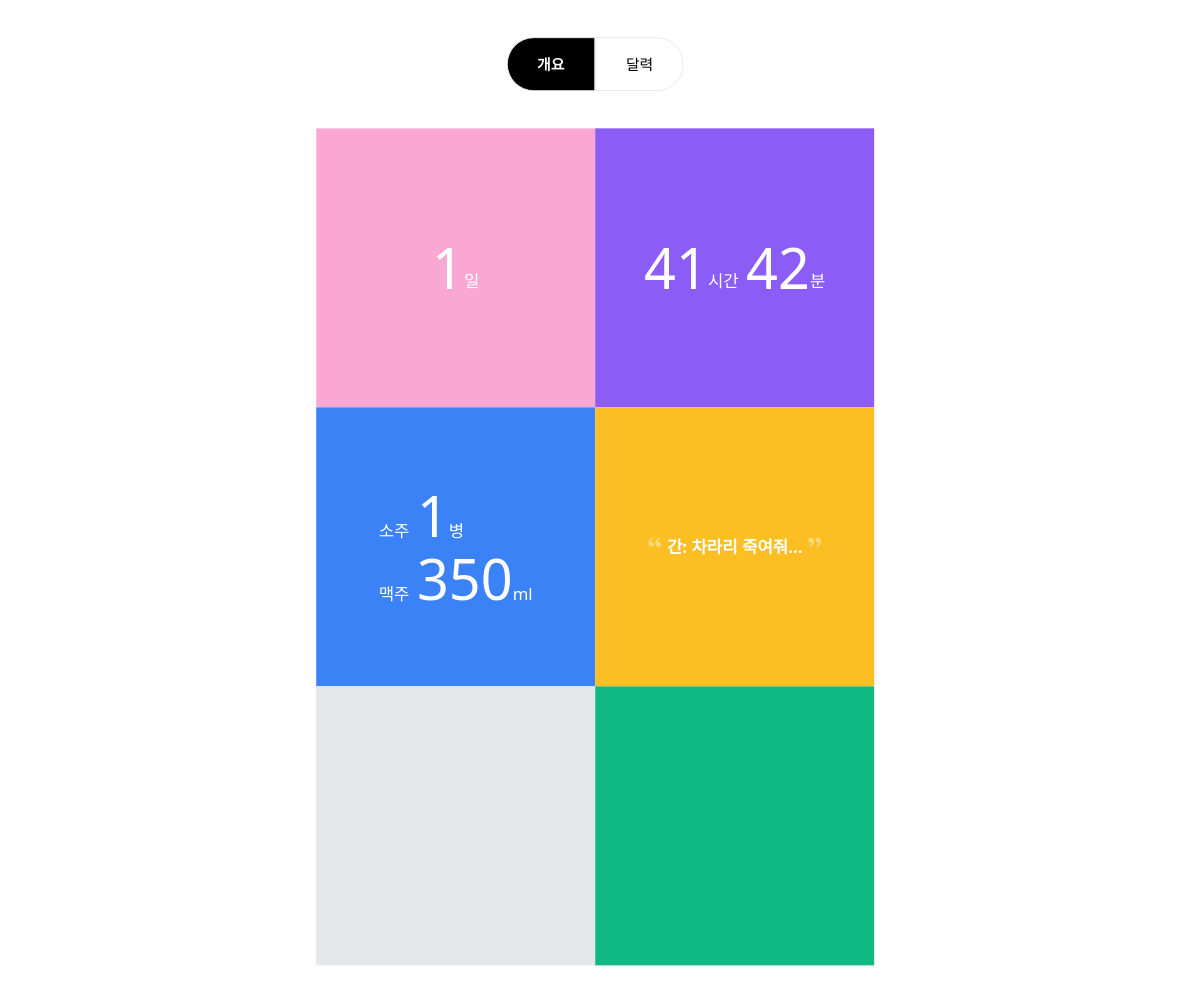
Repository: honey-punch/my-alcohol
Page: /
These files come from the project's save history. The page is drawn as it stood at one moment and after the next save; the edit follows.
The browser window is 1280 px wide. The pictures show the whole page, at 93% of full size.
The project was rebuilt for these pictures with package versions that can differ from the ones it lists, and the page was loaded fresh each time. The framework's server and built-in components were replaced by stand-ins that run in the browser. Also part of the build but not shown: next.config.ts, src/app/_component/Calendar.tsx.

Above is the page before, as saved 2025-02-10 16:26:47.

### src/app/page.tsx
"use client";

import { useState } from "react";
import Summary from "./_component/Summary";
import Calendar from "./_component/Calendar";

type ViewType = "summary" | "calendar";

export default function Home() {
  // useState
  const [viewType, setViewType] = useState<ViewType>("summary");

  // functions
  function handleChangeViewType() {
    if (viewType === "summary") {
      setViewType("calendar");
    } else {
      setViewType("summary");
    }
  }

  return (
    <div className="w-full flex flex-col items-center p-10 gap-10">
      <div onClick={handleChangeViewType} className="flex">
        <button
          className={`${
            viewType === "summary"
              ? "bg-black text-white font-black"
              : "hover:bg-black/20"
          } rounded-s-full border px-8 py-4 transition-colors`}
        >
          개요
        </button>
        <button
          className={`${
            viewType === "calendar"
              ? "bg-black text-white font-black"
              : "hover:bg-black/20"
          } rounded-e-full border px-8 py-4 transition-colors`}
        >
          달력
        </button>
      </div>
      {viewType === "summary" ? <Summary /> : <Calendar />}
    </div>
  );
}

### src/app/_component/Summary.tsx
import { RiDoubleQuotesL } from "react-icons/ri";
import { RiDoubleQuotesR } from "react-icons/ri";

const BOX_SIZE = 300;

export default function Summary() {
  const today = new Date();

  // TODO - DB에서 받아온 술마신 날들 중 가장 마지막 날
  const lastDay = new Date("2025-02-08T22:00:00");

  // 1, 2번 박스
  const diffMs = Math.abs(today.getTime() - lastDay.getTime());
  const diffDay = Math.floor(diffMs / (1000 * 60 * 60 * 24));
  const diffHour = Math.floor(diffMs / (1000 * 60 * 60));
  const diffMin = Math.floor((diffMs % (1000 * 60 * 60)) / (1000 * 60));
  const diffTime = { diffHour, diffMin };

  // 3번 박스
  // TODO - DB에서 받아와서 계산할 평균 용량
  const ex = {
    // 병단위
    soju: 1,
    // cc단위
    beer: 350,
  };

  // 4번 박스
  // TODO - DB에 저장해볼까
  const wiseSaying = [
    "내가 또 술을 마시면 개다.",
    "간한테 미안하지도 않냐?",
    "간: 차라리 죽여줘...",
    "술마시면 하루가 날라간다.",
    "안마셔도 생각보다 괜찮다.",
    "마시고 후회할꺼 왜마시냐?",
  ];
  const randomWiseSaying =
    wiseSaying[Math.floor(Math.random() * wiseSaying.length)];

  return (
    <div className="grid grid-cols-2 text-lg">
      {/* 1번 박스 - 일수 */}
      <div
        style={{ width: `${BOX_SIZE}px`, height: BOX_SIZE }}
        className="bg-pink-300 text-white flex justify-center items-center"
      >
        <span className="text-6xl">{diffDay}</span>
        <span className="mt-7">일</span>
      </div>

      {/* 2번 박스 - 시간 */}
      <div
        style={{ width: `${BOX_SIZE}px`, height: BOX_SIZE }}
        className="bg-violet-500 text-white flex justify-center items-center"
      >
        <span className="text-6xl">{diffTime.diffHour}</span>
        <span className="mt-7 mr-2">시간</span>
        <span className="text-6xl">{diffTime.diffMin}</span>
        <span className="mt-7">분</span>
      </div>

      {/* 3번 박스 - 평균 주량 */}
      <div
        style={{ width: `${BOX_SIZE}px`, height: BOX_SIZE }}
        className="bg-blue-500 text-white flex justify-center items-center"
      >
        <div className="flex flex-col gap-2">
          <div>
            <span className="mt-7 mr-2">소주</span>
            <span className="text-6xl">{ex.soju}</span>
            <span className="mt-7">병</span>
          </div>
          <div>
            <span className="mt-7 mr-2">맥주</span>
            <span className="text-6xl">{ex.beer}</span>
            <span className="mt-7">ml</span>
          </div>
        </div>
      </div>

      {/* 4번 박스 - 명언(같은 개소리) */}
      <div
        style={{ width: `${BOX_SIZE}px`, height: BOX_SIZE }}
        className="bg-amber-400 text-white flex justify-center items-center"
      >
        <div className="flex font-semibold gap-1">
          <RiDoubleQuotesL className="opacity-40" />
          {randomWiseSaying}
          <RiDoubleQuotesR className="opacity-40" />
        </div>
      </div>

      {/* 5번 박스 - 왜하냐(본인이 설정하는 동기부여) */}
      <div
        style={{ width: `${BOX_SIZE}px`, height: BOX_SIZE }}
        className="bg-gray-200 text-white flex justify-center items-center"
      ></div>

      {/* 6번 박스 - 1번 박스 * 3번 박스 * 술값으로 얼마 아꼈는지 */}
      <div
        style={{ width: `${BOX_SIZE}px`, height: BOX_SIZE }}
        className="bg-emerald-500 text-white flex justify-center items-center"
      ></div>
    </div>
  );
}

Loaded but not shown: src/app/layout.tsx (common file); src/app/globals.css (common file); tailwind.config.ts (common file)

After the next save:
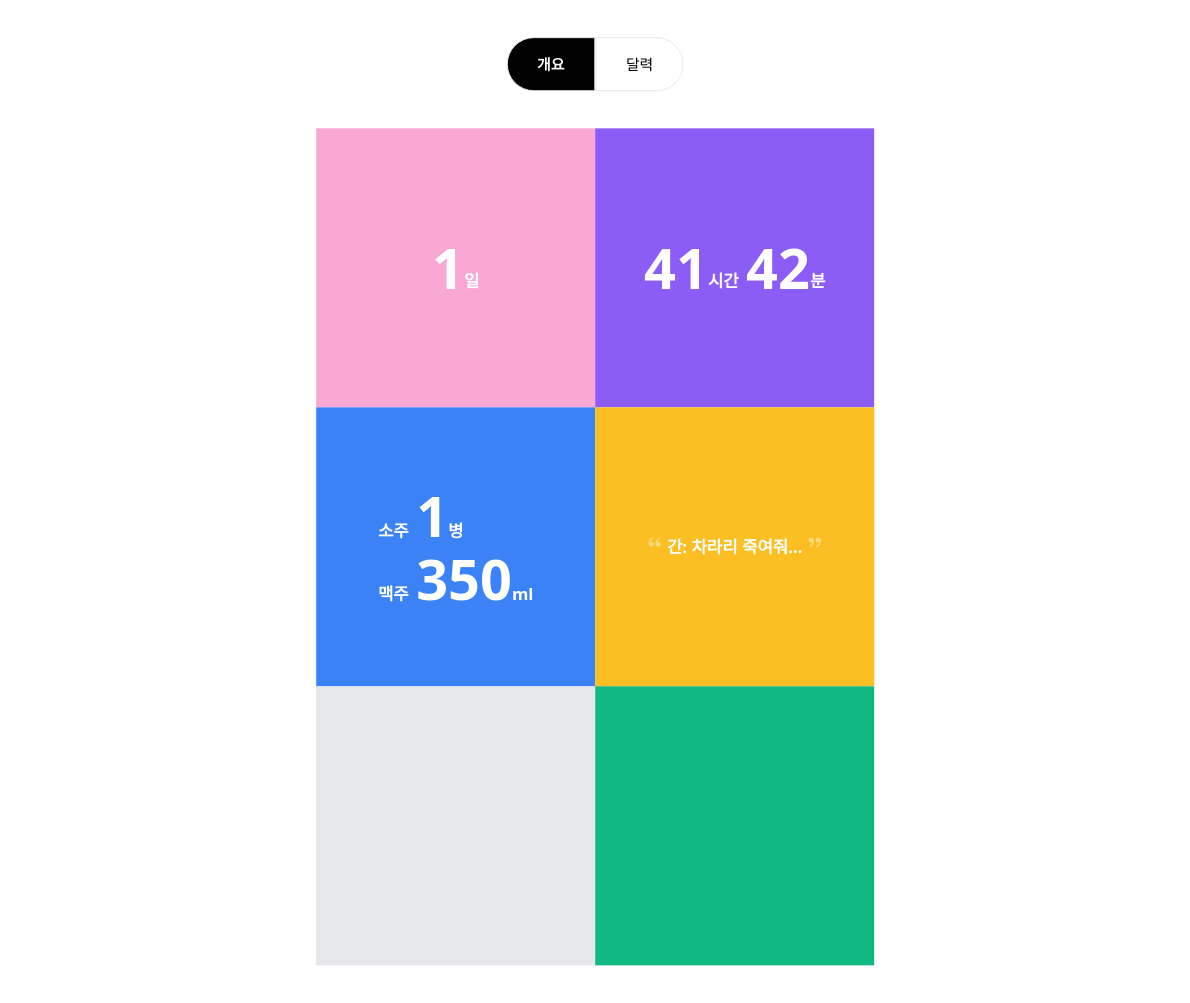
Saved 8 s later.
--- a/src/app/_component/Summary.tsx
+++ b/src/app/_component/Summary.tsx
@@ -39,7 +39,7 @@
     wiseSaying[Math.floor(Math.random() * wiseSaying.length)];
 
   return (
-    <div className="grid grid-cols-2 text-lg">
+    <div className="grid grid-cols-2 text-lg font-semibold">
       {/* 1번 박스 - 일수 */}
       <div
         style={{ width: `${BOX_SIZE}px`, height: BOX_SIZE }}

After the 2 saves that followed:
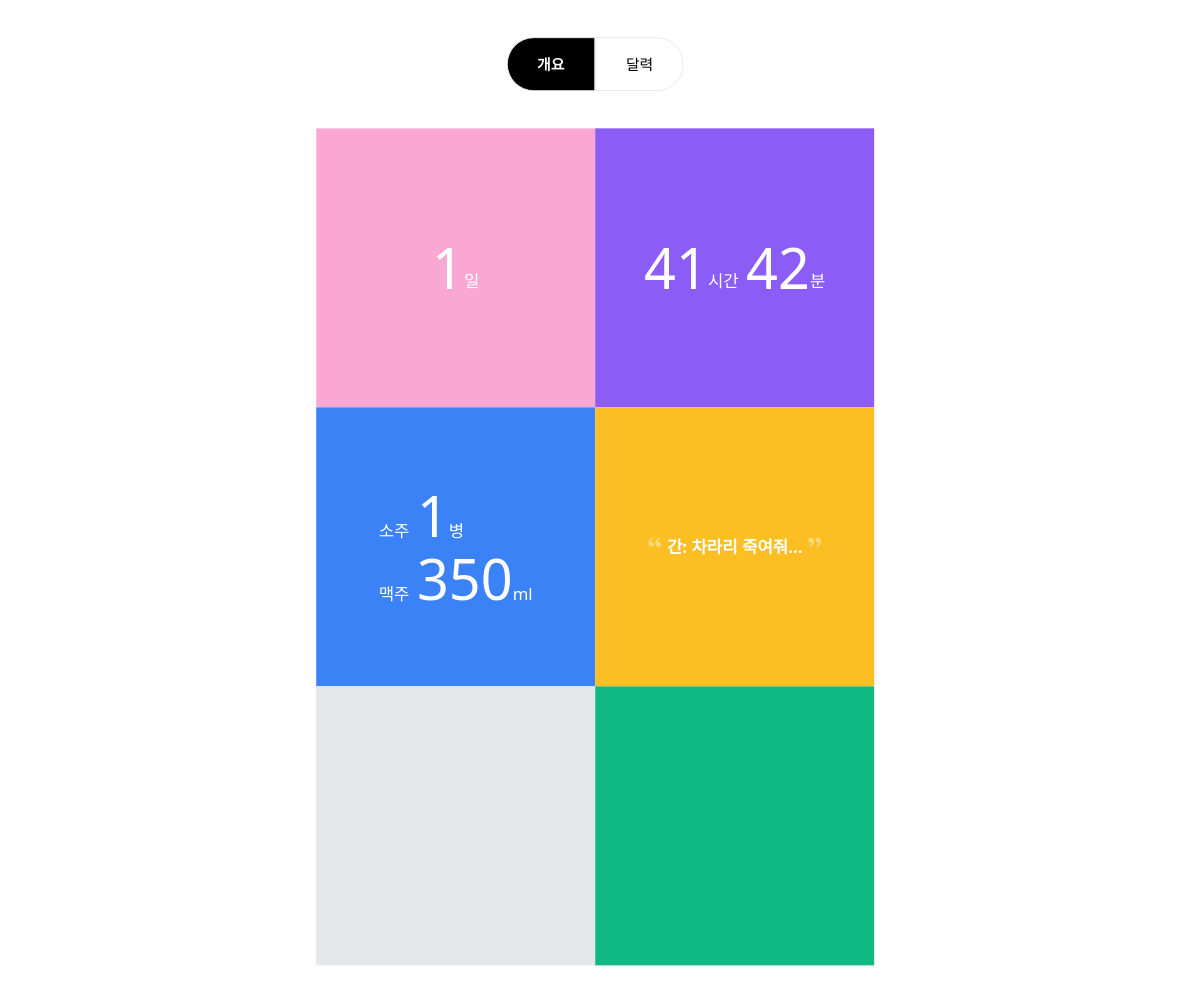
The 2 saves are shown as one change because they came seconds apart.
The last was saved 7 s later.
--- a/src/app/_component/Summary.tsx
+++ b/src/app/_component/Summary.tsx
@@ -39,7 +39,7 @@
     wiseSaying[Math.floor(Math.random() * wiseSaying.length)];
 
   return (
-    <div className="grid grid-cols-2 text-lg font-semibold">
+    <div className="grid grid-cols-2 text-lg font-thin">
       {/* 1번 박스 - 일수 */}
       <div
         style={{ width: `${BOX_SIZE}px`, height: BOX_SIZE }}
